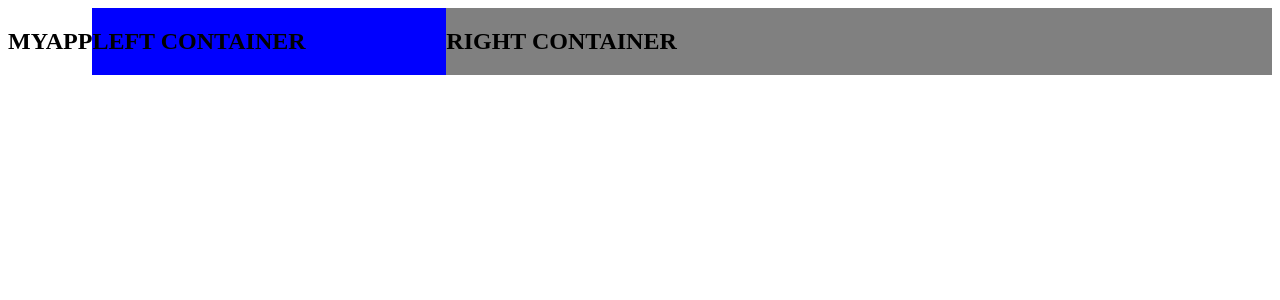
Repository: arindamslt/JEECoding
Page: JEE_FRONTEND/src/main/webapp/10Nav.html
These files come from the project's save history. The page is drawn as it stood at one moment and after the next save; the edit follows.
The browser window is 1280 px wide. The pictures show the whole page.

Above is the page before, as saved 2025-07-15 14:29:32.

After the next save:
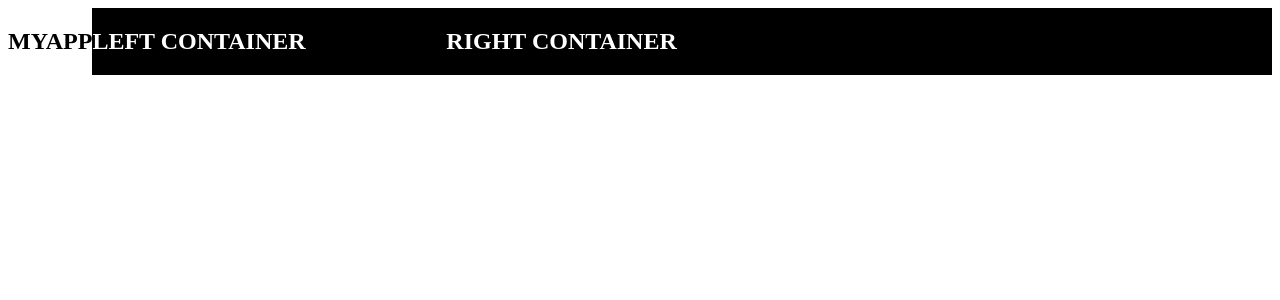
Saved 30 s later.
--- a/JEE_FRONTEND/src/main/webapp/Nav.css
+++ b/JEE_FRONTEND/src/main/webapp/Nav.css
@@ -3,10 +3,12 @@
 	display: flex;
 }
 #lftContainer{
-	background-color: blue;
+	background-color:black;
+	color: white;
 	width: 30%;
 }
 #rghtContainer{
-	background-color: gray;
+	background-color:black;
+	color: white;
 	width:70%;
 }
